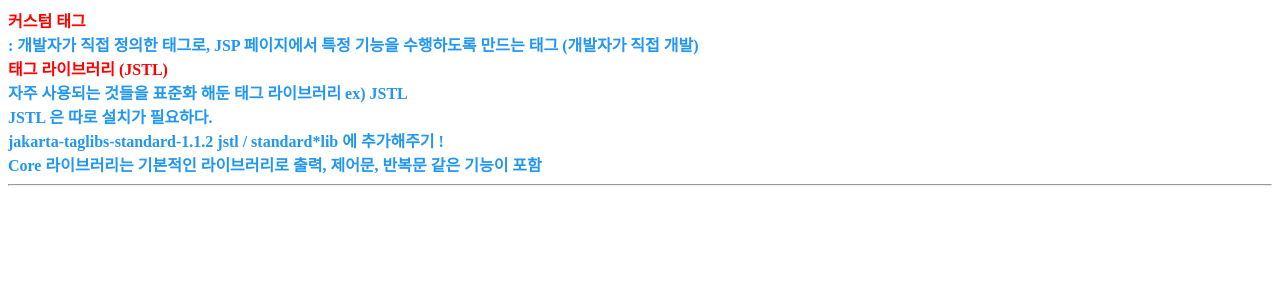
Repository: hyejux/JSP_STUDY
Page: http://localhost/JSPPractice2/JSP_ex6.jsp
An editor plug-in stored every save of this project. The page is shown before and after a run of saves, followed by the edit.
The browser window is 1280 px wide. The pictures show the whole page.
The page is served by Tomcat 9. Other server files are loaded and not shown.

Above is the page before, as saved 2025-01-07 17:08:01.

### JSPPractice2/src/main/webapp/JSP_ex6.jsp
<%@ page language="java" contentType="text/html; charset=UTF-8"
    pageEncoding="UTF-8"%>
<%@ page import="javax.servlet.http.HttpServletRequest" %>
<%@ page import="javax.servlet.http.HttpServletResponse" %>
<%@ taglib uri="http://java.sun.com/jsp/jstl/core" prefix="c" %>
<!DOCTYPE html>
<html>
<head>
<meta charset="UTF-8">
<title> 태그라이브러리 JSTL 과 커스텀 태그 </title>
<link rel="stylesheet" type="text/css" href="css/style.css"> </link>
</head>
<body>

<div class="info">
	<div class="point"> 커스텀 태그 </div>
	<div> : 개발자가 직접 정의한 태그로, JSP 페이지에서 특정 기능을 수행하도록 만드는 태그 (개발자가 직접 개발)  </div>
	<div class="point"> 태그 라이브러리 (JSTL)</div>
	<div>  자주 사용되는 것들을 표준화 해둔 태그 라이브러리 ex) JSTL </div>
	<div> JSTL 은 따로 설치가 필요하다. </div>
	<div> jakarta-taglibs-standard-1.1.2 jstl / standard*lib 에 추가해주기 !</div>
	 <%-- <%@ taglib uri="http://java.sun.com/jsp/jstl/core" prefix="c" %> --%>
	<div> Core 라이브러리는  기본적인 라이브러리로 출력, 제어문, 반복문 같은 기능이 포함 </div>
	<hr>



</div>
</body>
</html>

### JSPPractice2/src/main/webapp/css/style.css
.info{
	color : #2196f3;
	font-weight: bold;
}

.btn1 {
	border: 1px solid #ddd;
    color: #ffffff;
    border-radius: 10px;
    padding: 5px 10px;
    background: #03A9F4;
    margin-top: 5px;
}

.point {
	color : red;
}

After the next 2 saves:
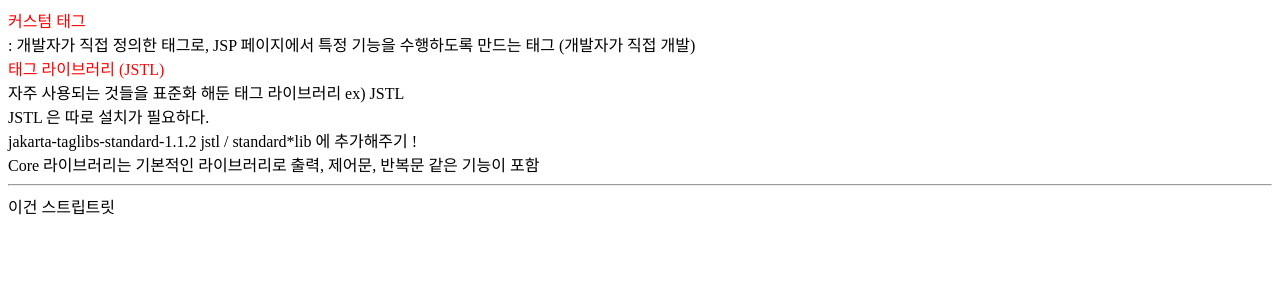
The 2 saves are shown as one change because 1 did not build or start.
The last was saved 28 s later.
--- a/JSPPractice2/src/main/webapp/JSP_ex6.jsp
+++ b/JSPPractice2/src/main/webapp/JSP_ex6.jsp
@@ -11,8 +11,6 @@
 <link rel="stylesheet" type="text/css" href="css/style.css"> </link>
 </head>
 <body>
-
-<div class="info">
 	<div class="point"> 커스텀 태그 </div>
 	<div> : 개발자가 직접 정의한 태그로, JSP 페이지에서 특정 기능을 수행하도록 만드는 태그 (개발자가 직접 개발)  </div>
 	<div class="point"> 태그 라이브러리 (JSTL)</div>
@@ -22,9 +20,12 @@
 	 <%-- <%@ taglib uri="http://java.sun.com/jsp/jstl/core" prefix="c" %> --%>
 	<div> Core 라이브러리는  기본적인 라이브러리로 출력, 제어문, 반복문 같은 기능이 포함 </div>
 	<hr>
+		<% out.println("<div> 이건 스트립트릿 </div> "); %>
+<%-- 	<c:out value="이건 jstl"/> --%>
+	<%  request.setAttribute("data", "이건 EL"); %>
+<%-- 	<c:out value={data}/> --%>
 
 
 
-</div>
 </body>
 </html>
